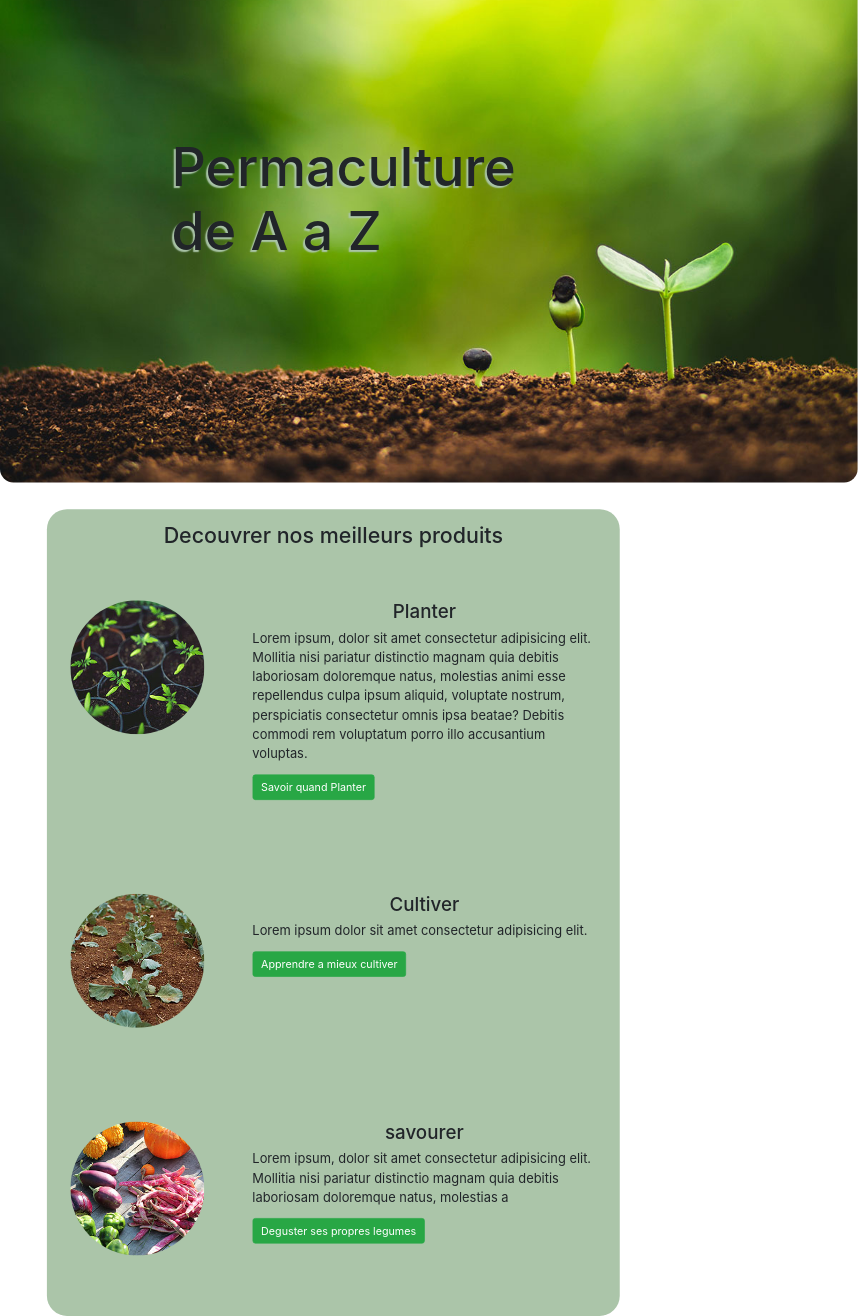
Repository: ahthionkevin/permaculture
Page: index.html
An editor plug-in stored every save of this project. The page is shown before and after the next save, followed by the edit.
The browser window is 1280 px wide. The pictures show the whole page, at 67% of full size.

Above is the page before, as saved 2021-07-06 21:53:56.

After the next save:
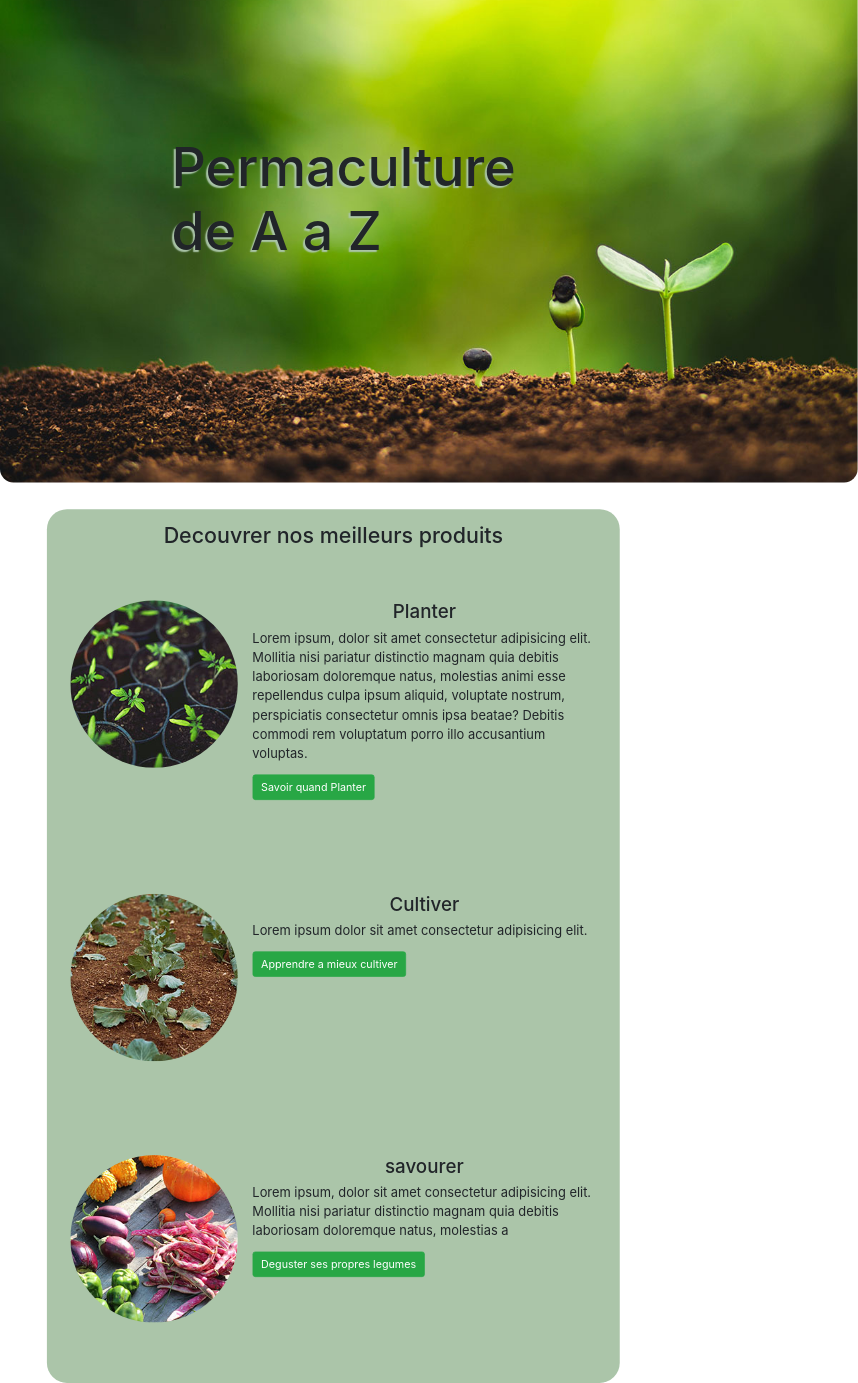
Saved 28 s later.
--- a/style.css
+++ b/style.css
@@ -46,7 +46,7 @@
 
 .element img{
     border-radius: 50%;
-    width: 200px;
+    /* width: 200px; */
 }
 
 .element p{

After the save that followed:
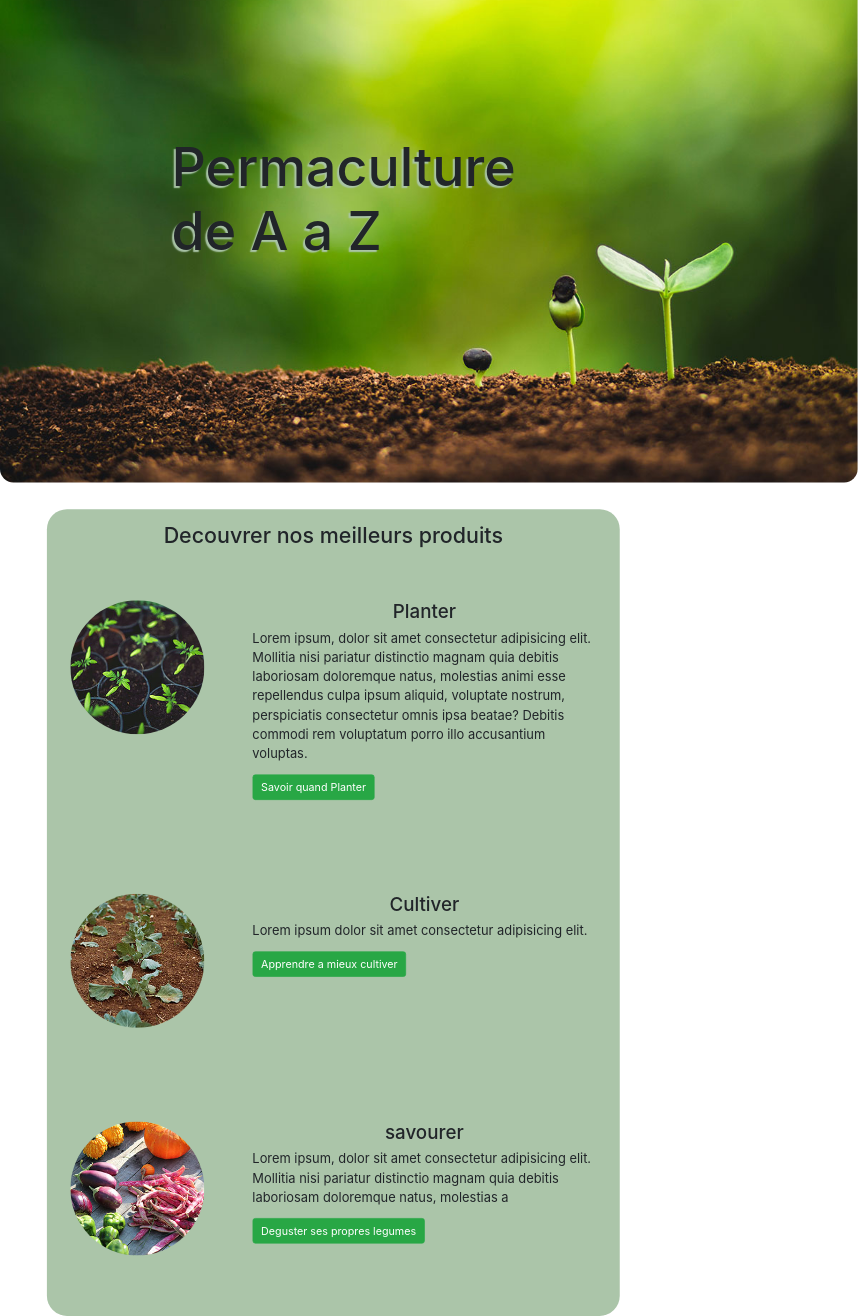
Saved 12 s later.
--- a/style.css
+++ b/style.css
@@ -46,7 +46,7 @@
 
 .element img{
     border-radius: 50%;
-    /* width: 200px; */
+    width: 200px;
 }
 
 .element p{
